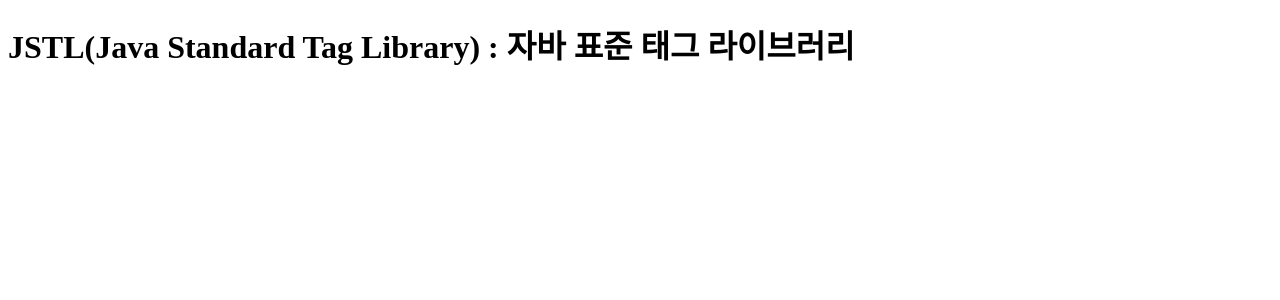
Repository: okgunyang/jsp
Page: http://localhost/practice02/11JSTL.jsp
The author's editor kept a copy of each file at every save. The page is drawn from the files as they stood at one save, then again after the next save.
The browser window is 1280 px wide. The pictures show the whole page.
The page is served by Tomcat 9.

Above is the page before, as saved 2022-11-10 08:43:04.

After the next save:
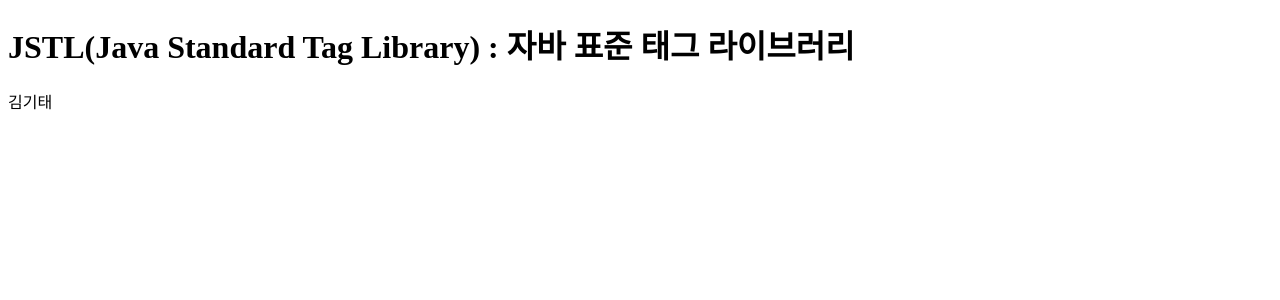
Saved 69 s later.
--- a/practice02/WebContent/11JSTL.jsp
+++ b/practice02/WebContent/11JSTL.jsp
@@ -14,5 +14,6 @@
 </head>
 <body>
 <h1>JSTL(Java Standard Tag Library) : 자바 표준 태그 라이브러리</h1>
+<c:out value="김기태"/>
 </body>
 </html>
